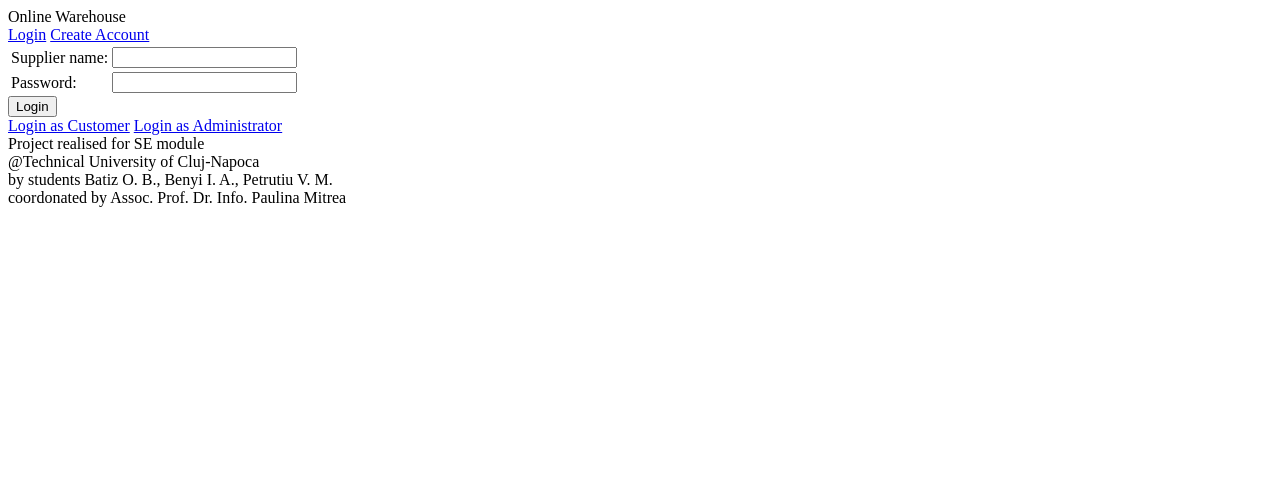
Repository: orsi-batiz/SEwithJSP
Page: http://localhost/OnlineWarehouse/loginSupplier.jsp
The author's editor kept a copy of each file at every save. The page is drawn from the files as they stood at one save, then again after the next save.
The browser window is 1280 px wide. The pictures show the whole page.
The page is served by Tomcat 9.

Above is the page before, as saved 2019-01-16 17:35:14.

After the next save:
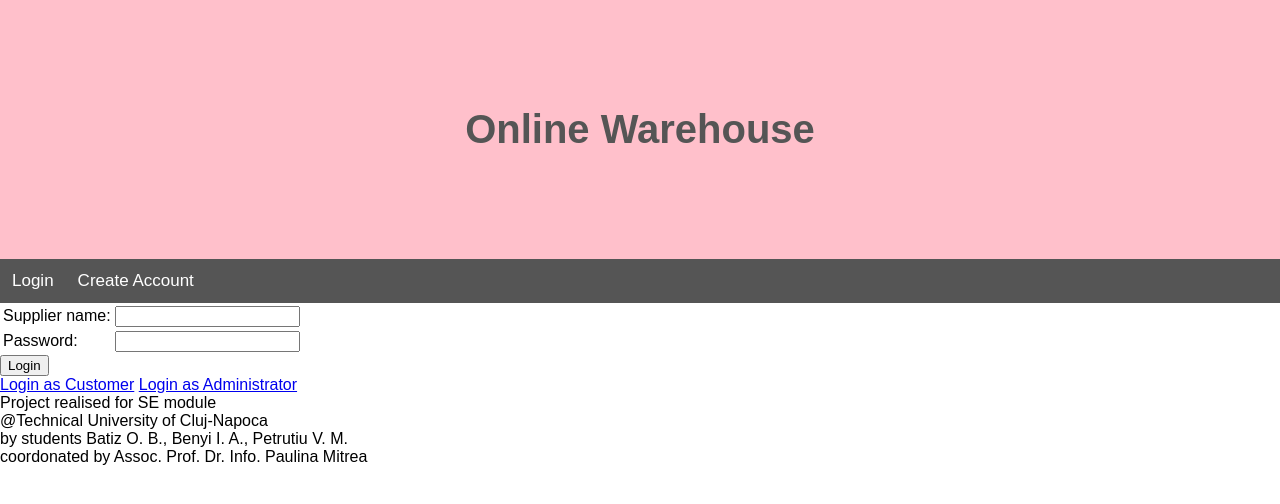
Saved 14 min 33 s later.
--- a/OnlineWarehouse/OnlineWarehouse/WebContent/header.jsp
+++ b/OnlineWarehouse/OnlineWarehouse/WebContent/header.jsp
@@ -2,9 +2,59 @@
     pageEncoding="UTF-8"%>
 <%@ taglib uri="http://java.sun.com/jsp/jstl/core" prefix="c"%>
 
+<!DOCTYPE html>
+<html>
+<head>
+<meta name="viewport" content="width=device-width, initial-scale=1">
+<style>
+body {
+  margin: 0;
+  font-family: Arial, Helvetica, sans-serif;
+}
+
+.header-container {
+  width: 100%;
+  background-color: #555;
+  overflow: auto;
+}
+
+.header-container a {
+  float: left;
+  padding: 12px;
+  color: white;
+  text-decoration: none;
+  font-size: 17px;
+}
+
+.header-container a:hover {
+  background-color: #000;
+}
+
+.header-container a:focus {
+  background-color: #FFC0CB;
+}
+
+.header {
+  padding: 80px;
+  text-align: center;
+  background: #FFC0CB;
+  color: #555;
+}
+
+/* Increase the font size of the heading */
+.header h1 {
+  font-size: 40px;
+}
+
+</style>
+</head>
+<body>
+
 <div class="header-container">
 
-    <div class="site-name">Online Warehouse</div>
+    <div class="header">
+  		<h1>Online Warehouse</h1>
+	</div>
 
     <div class="header-bar">
         <c:if test="${sessionScope.customer != null}">
@@ -21,3 +71,6 @@
 
     </div>
 </div>
+
+</body>
+</html>
